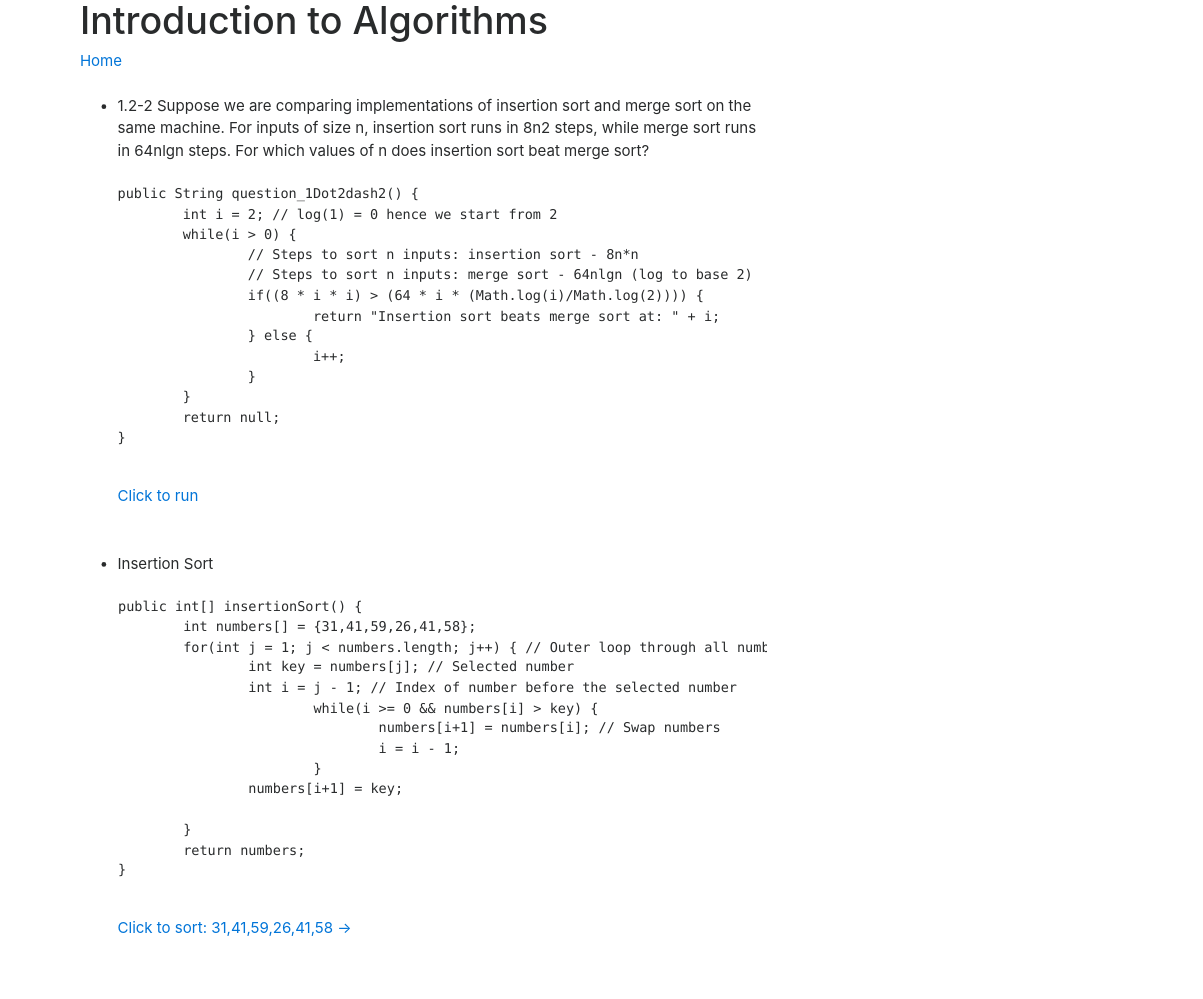
Repository: baltejas/algorithms
Page: http://localhost/algorithms/WEB-INF/views/index.jsp
An editor plug-in stored every save of this project. The page is shown before and after the next save, followed by the edit.
The browser window is 1280 px wide. The pictures show the whole page, at 94% of full size.
The page is served by Tomcat 9. Nobody is signed in. The template is opened directly, without the code that normally fills it, so the values that code supplies are empty.

Above is the page before, as saved 2017-05-07 00:31:05.

After the next save:
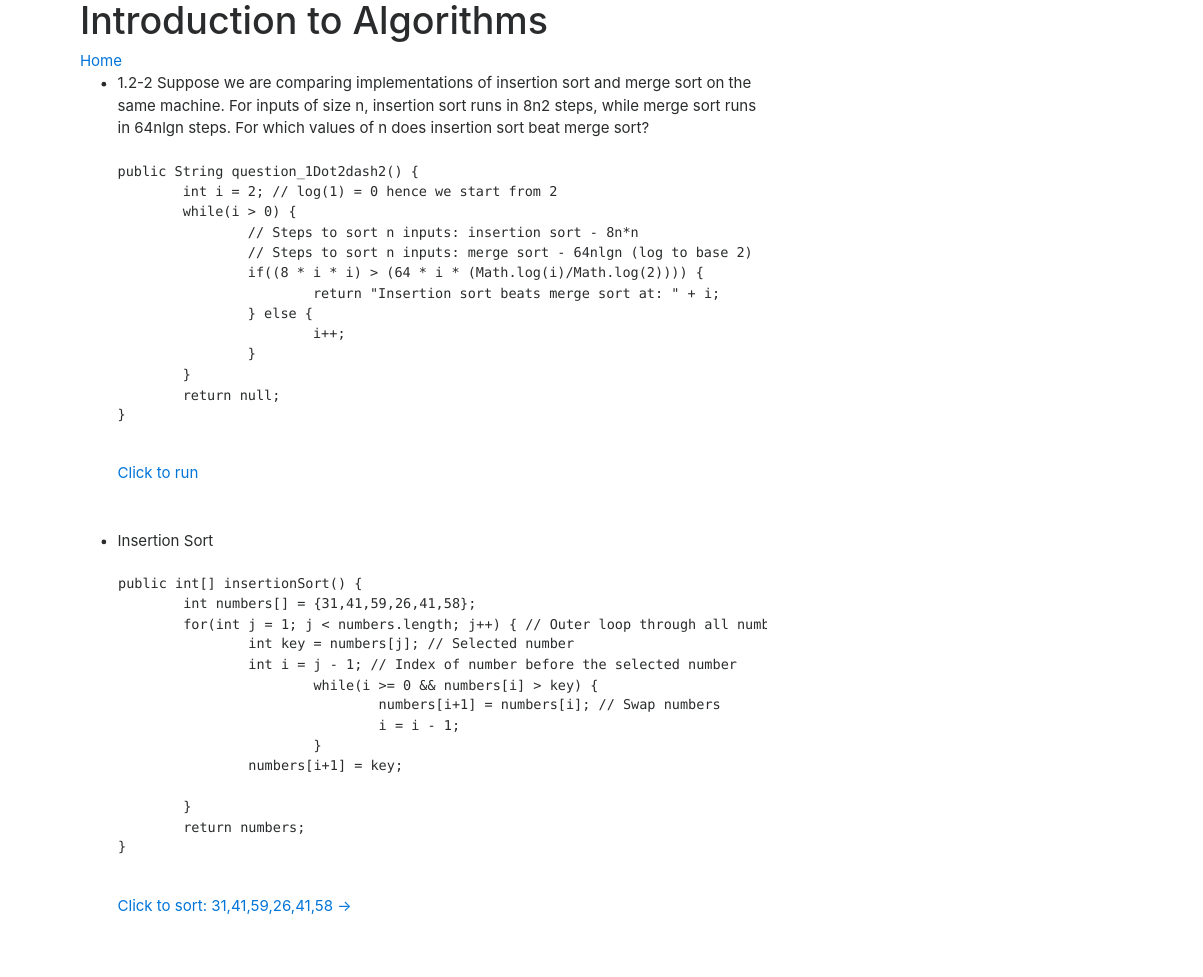
Saved 6 min 11 s later.
--- a/algorithms/src/main/webapp/WEB-INF/views/index.jsp
+++ b/algorithms/src/main/webapp/WEB-INF/views/index.jsp
@@ -5,8 +5,8 @@
 	<body>
 		<div class="container">
 		<h1>Introduction to Algorithms</h1>
-		<a href="/algorithms/list">Home</a><br><br>
-			<div class="row">
+		<a href="/algorithms/list">Home</a>
+			<div class="mt-10 row">
 				<div class="col-md-8">
 					<ul>
 						<li>1.2-2 Suppose we are comparing implementations of insertion sort and merge sort on the same machine.
